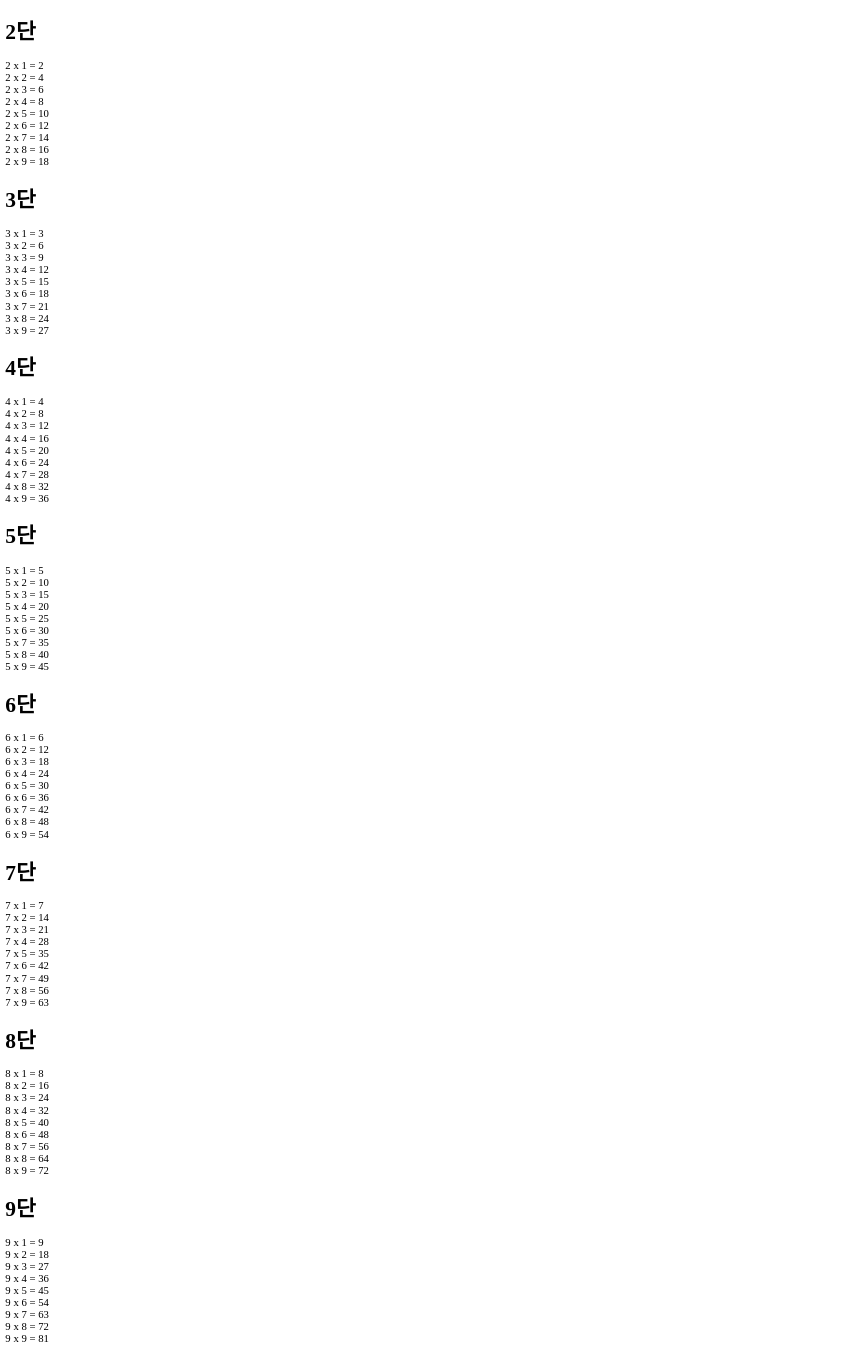
Repository: reddrinkbro/JSPStudy
Page: javascript/WebContent/3제어문/double_for_2.html
The author's editor kept a copy of each file at every save. The page is drawn from the files as they stood at one save, then again after the next save.
The browser window is 1280 px wide. The pictures show the whole page, at 67% of full size.

Above is the page before, as saved 2020-04-03 01:25:15.

### javascript/WebContent/3제어문/double_for_2.html
<!DOCTYPE html>
<html>
<head>
<meta charset="EUC-KR">
<title>Insert title here</title>
</head>
<body>
	<script type="text/javascript">

	for (var i = 2; i <= 9; i++) {
		document.write("<h1>"+ i +"단</h1>");
		for (var j = 1; j <= 9; j++) {
			document.write(i + " x " + j + " = " + (i * j) + "<br>");
		}
	}


	</script>
</body>
</html>

After the next save:
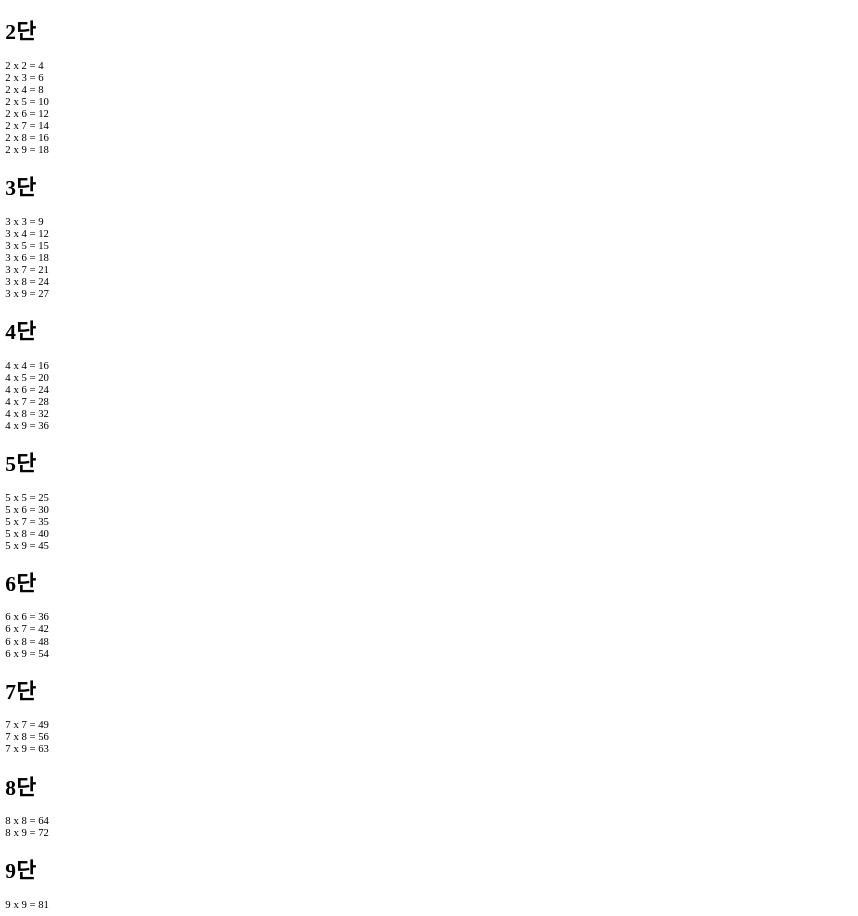
Saved 24 s later.
--- a/javascript/WebContent/3제어문/double_for_2.html
+++ b/javascript/WebContent/3제어문/double_for_2.html
@@ -9,7 +9,7 @@
 
 	for (var i = 2; i <= 9; i++) {
 		document.write("<h1>"+ i +"단</h1>");
-		for (var j = 1; j <= 9; j++) {
+		for (var j = i; j <= 9; j++) {
 			document.write(i + " x " + j + " = " + (i * j) + "<br>");
 		}
 	}

After the save that followed:
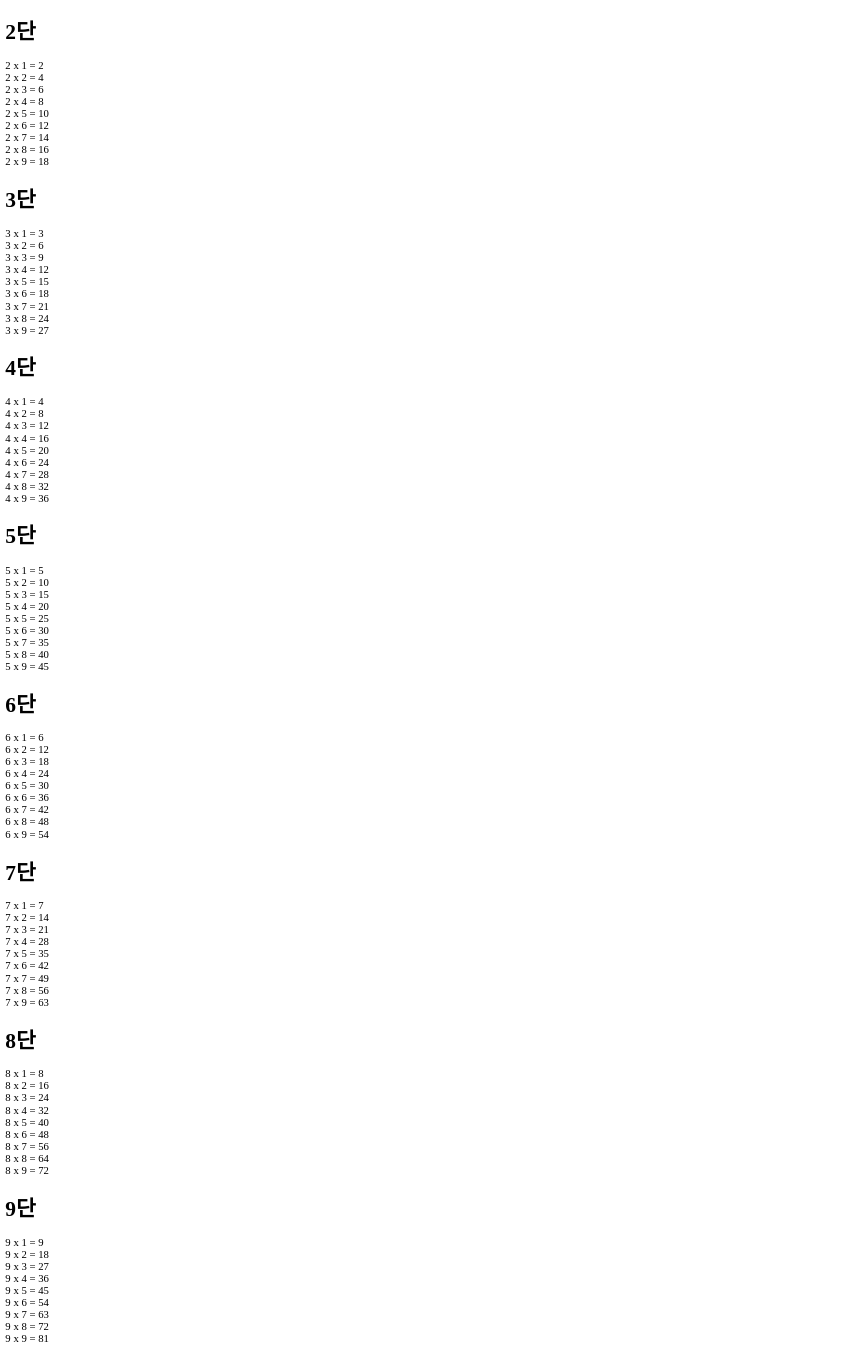
Saved 64 s later.
--- a/javascript/WebContent/3제어문/double_for_2.html
+++ b/javascript/WebContent/3제어문/double_for_2.html
@@ -9,7 +9,7 @@
 
 	for (var i = 2; i <= 9; i++) {
 		document.write("<h1>"+ i +"단</h1>");
-		for (var j = i; j <= 9; j++) {
+		for (var j = 1; j <= 9; j++) {
 			document.write(i + " x " + j + " = " + (i * j) + "<br>");
 		}
 	}
